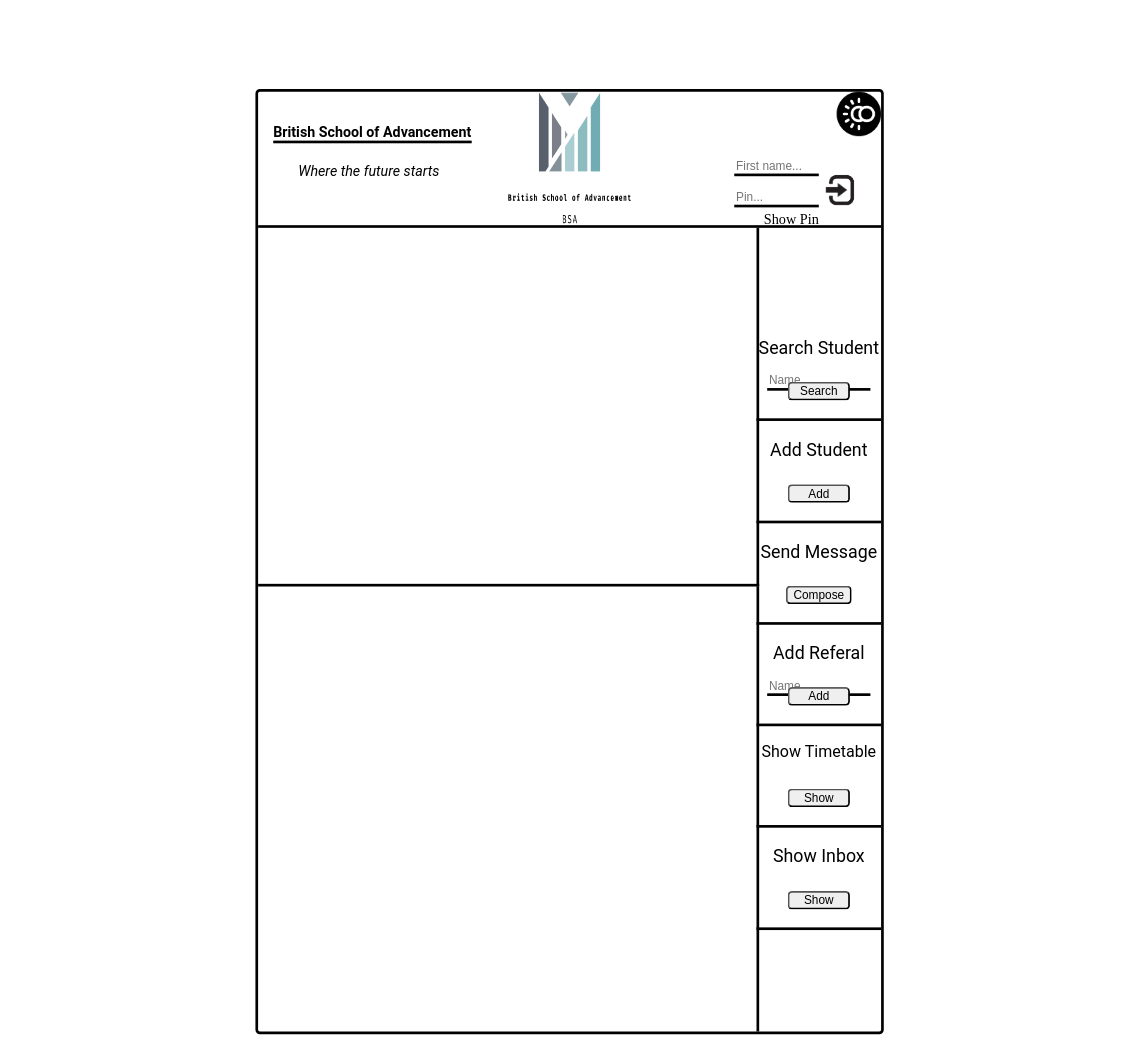
Repository: ghend99/Guardian-Application
Page: index.html
These files come from the project's save history. The page is drawn as it stood at one moment and after the next save; the edit follows.
The browser window is 1280 px wide. The pictures show the whole page, at 89% of full size.

Above is the page before, as saved 2023-06-06 16:57:36.

### index.html
<!DOCTYPE html>
<html lang="en">
  <head>
    <meta charset="UTF-8" />
    <meta http-equiv="X-UA-Compatible" content="IE=edge" />
    <meta name="viewport" content="width=device-width, initial-scale=1.0" />
    <title>Document</title>
    <link rel="stylesheet" href="style.css" />
  </head>
  <body>
    <div id="main-container">
      <div id="header-container">
        <div id="header-container-left-section">
          <p id="header-school-name" class="page-headers">
            British School of Advancement
          </p>
          <p id="header-school-slogan" class="page-headers">
            Where the future starts
          </p>
        </div>
        <div id="header-container-middle-section">
          <img class="header-middle-section-logo" src="./images/logo.png" />
        </div>
        <div id="header-container-right-section">
          <input
            id="header-login-input-fullname"
            class="login-input-fullname login-input input"
            type="text"
            placeholder="First name..."
          />
          <input
            id="header-login-input-pin"
            class="login-input-pin login-input input"
            placeholder="Pin..."
            type="password"
          />
          <p id="show-pin-header">Show Pin</p>
          <img
            id="header-login-button"
            class="login-button"
            src="./images/login-button.png"
          />
          <img class="header-dark-mode-toggle" src="./images/dark-mode.png" />
          <img class="login-modal-open" src="./images/login.png" />
        </div>
      </div>
      <div id="sidebar-container">
        <div id="sidebar-link-container1" class="sidebar-link-container">
          <p class="sidebar-link-header page-headers">Search Student</p>
          <input class="sidebar-input input" placeholder="Name..." />
          <button class="sidebar-search-button submit-button">Search</button>
        </div>
        <div id="sidebar-link-container2" class="sidebar-link-container">
          <p class="sidebar-link-header page-headers">Add Student</p>
          <button id="add-student" class="sidebar-search-button submit-button">
            Add
          </button>
        </div>
        <div id="sidebar-link-container3" class="sidebar-link-container">
          <p class="sidebar-link-header page-headers">Send Message</p>
          <button
            id="compose-message-open"
            class="sidebar-search-button submit-button"
          >
            Compose
          </button>
        </div>
        <div id="sidebar-link-container4" class="sidebar-link-container">
          <p class="sidebar-link-header page-headers">Add Referal</p>
          <input
            id="add-referal-fullname"
            class="sidebar-input input"
            placeholder="Name..."
          />
          <button id="add-referal" class="sidebar-search-button submit-button">
            Add
          </button>
        </div>
        <div id="sidebar-link-container5" class="sidebar-link-container">
          <p
            id="show-timetable-heading"
            class="sidebar-link-header page-headers"
          >
            Show Timetable
          </p>
          <button
            id="timetable-open"
            class="sidebar-search-button submit-button"
          >
            Show
          </button>
        </div>
        <div id="sidebar-link-container6" class="sidebar-link-container">
          <p class="sidebar-link-header page-headers">Show Inbox</p>
          <button id="inbox-open" class="sidebar-search-button submit-button">
            Show
          </button>
        </div>
        <div id="sidebar-link-container7" class="sidebar-link-container">
          <p class="sidebar-link-header page-headers">Update Timetable</p>
          <button
            id="update-timetable"
            class="sidebar-search-button submit-button"
          >
            Show
          </button>
        </div>
      </div>
      <img id="sidebar-open" src="./images/menu.png" />

      <div id="student-information-container">
        <h1
          id="student-information-name-header"
          class="student-information page-headers"
        >
          Student Name:
        </h1>
        <h3 class="student-information student-information-general-header">
          General Information
        </h3>
        <p id="student-information-first-name" class="student-information">
          First Name:
        </p>
        <p id="student-information-last-name" class="student-information">
          Last Name:
        </p>
        <p id="student-information-year" class="student-information">
          Year Group:
        </p>
        <p id="student-information-referals" class="student-information">
          Referals:
        </p>
        <p id="password-reset" class="student-information">Reset Password</p>
      </div>

      <div id="student-management-container">
        <p class="student-management-heading"></p>
        <img id="student-management-close" src="./images/close.png" />
        <div id="timetable-container"></div>
        <div id="inbox-container">
          <div id="inbox-header">
            <p>Date</p>
            <p>Sender</p>
            <p>Reciever</p>
            <p>Subject</p>
            <p>Message</p>
          </div>
          <div id="inbox-line">
            <p></p>
            <p></p>
            <p></p>
            <p></p>
            <p></p>
          </div>
        </div>
      </div>
    </div>

    <div id="login-modal-container">
      <h1 class="login-modal-header modal-header page-headers">Login</h1>
      <img
        id="login-modal-close"
        class="modal-close"
        src="./images/close.png"
      />
      <input
        id="login-modal-fullname"
        class="login-input-fullname login-modal-input input"
        type="text"
        placeholder="Full name..."
      />
      <input
        id="login-modal-pin"
        class="login-input-pin login-modal-input input"
        type="number"
        placeholder="Pin..."
      />
      <p id="login-modal-show-pin">Show Pin</p>
      <input id="login-modal-submit" class="submit-button" type="submit" />
    </div>

    <div id="create-account-container">
      <p id="create-account-header" class="modal-header page-headers">
        Add Student Details
      </p>
      <img
        id="create-account-close"
        class="modal-close"
        src="./images/close.png"
      />
      <input
        id="create-account-first-name"
        class="create-account-input input"
        placeholder="First name..."
      />
      <input
        id="create-account-last-name"
        class="create-account-input input"
        placeholder="Last name..."
      />
      <input
        id="create-account-year"
        class="create-account-input input"
        placeholder="Year..."
      />
      <input
        id="create-account-pin"
        class="create-account-input input"
        placeholder="Year..."
      />

      <input
        id="create-account-repin"
        class="create-account-input input"
        placeholder="Year..."
      />
      <input id="create-account-submit" class="submit-button" type="submit" />
    </div>

    <div id="compose-message-container" class="">
      <p id="compose-message-header" class="modal-header">Compose Message</p>
      <img
        id="compose-message-close"
        class="modal-close"
        src="./images/close.png"
      />
      <input
        id="compose-message-reciever"
        class="compose-message-input input"
        type="text"
        placeholder="Reciever..."
      />
      <input
        id="compose-message-title"
        class="compose-message-input input"
        type="text"
        placeholder="Subject..."
      />
      <textarea
        id="compose-message-text-area"
        placeholder="Message..."
      ></textarea>
      <input id="compose-message-submit" class="submit-button" type="submit" />
    </div>

    <div id="password-reset-container">
      <p id="password-reset-header" class="modal-header page-headers">
        Pin Reset
      </p>
      <img
        id="password-reset-close"
        class="modal-close"
        src="./images/close.png"
      />
      <input
        id="password-reset-old"
        class="password-reset-input input"
        type="number"
        placeholder="Old Pin..."
      />
      <input
        id="password-reset-new"
        class="password-reset-input input"
        type="number"
        placeholder="New Pin..."
      />
      <input
        id="password-reset-new-retype"
        class="password-reset-input input"
        type="number"
        placeholder="New Pin..."
      />
      <input id="password-reset-submit" class="submit-button" type="submit" />
    </div>
    <script src="functions.js"></script>
    <script src="elements.js"></script>
    <script src="buttons.js"></script>
    <script src="message.js"></script>
    <script src="timetable.js"></script>
  </body>
</html>

### style.css
button {
  cursor: pointer;
}

.input {
  background-color: transparent;
  text-decoration: none;
  border: none;
  border-bottom: solid;
  outline: none;
}

.page-headers {
  font-family: "Roboto", Arial;
}

.modal-header {
  font-size: 30px;
  font-weight: bold;
  margin-top: 10px;
}

.dark-mode {
  background-color: black;
  color: white;
  border: solid;
  border-radius: 5px;
}

.input-dark-mode {
  color: white;
  border-color: white;
}

.button-dark-mode {
  color: white;
  background-color: black;
}

#main-container {
  position: relative;
  left: 50%;
  transform: translate(-50%);
  max-width: 50%;
  min-width: 700px;
  max-height: 1200px;
  min-height: 1000px;
  margin-top: 100px;
  border: solid;
  border-radius: 5px;
}

#header-container {
  display: grid;
  grid-template-columns: 1fr 1fr 1fr;
  grid-template-rows: 1fr;
  max-height: 200px;
  min-height: 150px;
  width: 100%;
  border-bottom: solid;
}

#header-school-name {
  position: absolute;
  top: 20px;
  left: 17px;
  font-size: clamp(1rem, 1vw, 2rem);
  font-weight: bold;
  border-bottom: solid;
}

#header-school-slogan {
  position: absolute;
  top: clamp(5%, 70px, 80px);
  left: clamp(45px, 5%, 70px);
  font-size: clamp(0.9rem, 1.5vw, 1rem);
  margin-top: 10px;
  font-style: italic;
}

#header-container-middle-section {
  display: flex;
  justify-content: center;
}

.header-middle-section-logo {
  width: 60%;
}

#header-login-input-fullname {
  position: absolute;
  top: 75px;
  width: 13%;
  right: 10%;
}

#header-login-input-pin {
  position: absolute;
  top: 110px;
  width: 13%;
  right: 10%;
}

#show-pin-header {
  position: absolute;
  top: 135px;
  right: 10%;
  margin: 0;
}

#header-login-button {
  position: absolute;
  width: 50px;
  right: 3%;
  top: 85px;
}

.header-dark-mode-toggle {
  position: absolute;
  width: 50px;
  top: 0;
  right: 0;
  cursor: pointer;
}

.login-modal-open {
  display: none;
}

#sidebar-container {
  position: absolute;
  display: grid;
  grid-template-columns: 1fr;
  grid-template-rows: 1fr 1fr 1fr 1fr 1fr 1fr 1fr;
  right: 0;
  bottom: 0;
  max-width: 30%;
  min-width: 20%;
  max-height: 1000px;
  min-height: 800px;
}

#sidebar-link-container1 {
  justify-content: center;
}

/* #sidebar-link-container6 {
  border-bottom: none;
} */

#sidebar-link-container7 {
  display: none;
  border-bottom: none;
}

.sidebar-link-container {
  position: relative;
  display: flex;
  justify-content: center;
  border-bottom: solid;
}

.sidebar-link-header {
  position: absolute;
  font-size: 20px;
}

.sidebar-input {
  position: absolute;
  margin-top: 60px;
  width: 80%;
}

.sidebar-search-button {
  position: absolute;
  max-width: 75%;
  min-width: 70px;
  bottom: 20px;
  border-radius: 5px;
}

#sidebar-open {
  position: absolute;
  width: 50px;
  right: 0;
  top: 155px;
  display: none;
}

#student-information-container {
  max-height: 800px;
  min-height: 400px;
  max-width: 80%;
  min-width: 50%;
  border-bottom: solid;
  border-right: solid;
}

#student-information-name-header {
  font-size: 30px;
  font-weight: bold;
  border-bottom: solid;
  width: fit-content;
  margin-left: 30px;
  margin-top: 0;
}

.student-information {
  margin-left: 40px;
  display: none;
}

.student-information-general-header {
  font-size: 24px;
  font-weight: bold;
  padding-left: 40px;
}

#password-reset {
  border-bottom: solid;
  font-weight: bold;
  width: fit-content;
  cursor: pointer;
}

#student-management-container {
  max-width: 80%;
  min-width: 50%;
  max-height: 600px;
  min-height: 500px;
  border-right: solid;
}

.student-management-heading {
  display: inline-block;
  font-size: 30px;
  margin: 0;
  margin-left: 20px;
  width: fit-content;
}

#student-management-close {
  position: absolute;
  bottom: 45.7%;
  right: 21%;
  width: 30px;
  cursor: pointer;
  display: none;
}

#timetable-container {
  position: relative;
  display: grid;
  grid-gap: 1em;
  grid-template-rows: repeat(var(--grid-rows), 1fr);
  grid-template-columns: repeat(var(--grid-cols), 1fr);
  /* top: 50px; */
  overflow: scroll;
  max-height: 90%;
  min-height: 466px;
  /* max-width: 99.6%;
  min-width: 250px; */
  display: none;
}

:root {
  --grid-cols: 1;
  --grid-rows: 1;
}

.grid-item {
  padding: 1em;
  border: 1px solid #ddd;
  text-align: center;
}

#timetable-input {
  width: 100px;
}

#inbox-container {
  max-height: 90%;
  min-height: 466px;
  max-width: 99.6%;
  min-width: 250px;
  display: none;
}

#inbox-header {
  position: relative;
  display: grid;
  grid-template-columns: 1fr 1fr 1fr 1fr 1fr;
  grid-template-rows: 1fr;
  width: 100%;
  height: 50px;
  /* background-color: aqua; */
  overflow-y: auto;
  font-family: "Roboto", Arial;
}

#inbox-line {
  position: relative;
  display: grid;
  grid-template-columns: 1fr 1fr 1fr 1fr 1fr;
  grid-template-rows: 1fr;
  row-gap: 20px;
  width: 100%;
  height: 50px;
  /* background-color: darkorange; */
  overflow-y: auto;
  font-family: "EB Garamond", Arial;
}

#login-modal-container,
#create-account-container,
#compose-message-container,
#password-reset-container {
  position: absolute;
  left: 50%;
  top: 30%;
  transform: translate(-50%);
  text-align: center;
  border: solid;
  border-radius: 5px;
  display: none;
}

#login-modal-container {
  max-width: 40%;
  min-width: 300px;
  max-height: 400px;
  min-height: 300px;
  text-align: center;
  border: solid;
  border-radius: 5px;
  display: none;
  background-color: whitesmoke;
  cursor: pointer;
}

#login-modal-fullname {
  position: absolute;
  top: 120px;
  left: 50px;
}

#login-modal-pin {
  position: absolute;
  top: 170px;
  left: 50px;
}

#login-modal-show-pin {
  position: absolute;
  top: 200px;
  left: 50px;
  margin: 0;
  font-size: 14px;
  cursor: pointer;
}

#login-modal-submit {
  left: 15%;
}

#login-modal-submit,
#create-account-submit,
#compose-message-submit,
#password-reset-submit {
  position: absolute;
  bottom: 20px;
  max-height: 60px;
  min-height: 30px;
  max-width: 20%;
  min-width: 200px;
}

#create-account-container {
  max-width: 60%;
  min-width: 400px;
  max-height: 600px;
  min-height: 500px;
}

.create-account-input,
.compose-message-input,
.password-reset-input {
  position: absolute;
  left: 30px;
}

#create-account-first-name {
  top: 80px;
}

#create-account-last-name {
  top: 150px;
}

#create-account-year {
  top: 220px;
}

#create-account-pin {
  top: 290px;
}

#create-account-submit {
  left: 25%;
}

#create-account-repin {
  position: absolute;
  top: 360px;
  left: 30px;
}

#compose-message-container {
  max-width: 60%;
  min-width: 400px;
  max-height: 600px;
  min-height: 500px;
}

.modal-close {
  position: absolute;
  width: 30px;
  right: 0;
  top: 0;
  cursor: pointer;
}

#compose-message-reciever {
  top: 80px;
}

#compose-message-title {
  top: 130px;
}

#compose-message-text-area {
  position: absolute;
  top: 35%;
  left: 30px;
  max-height: 80%;
  min-height: 230px;
  max-width: 100%;
  min-width: 280px;
}

#compose-message-submit {
  left: 25%;
}

#password-reset-container {
  max-width: 40%;
  min-width: 300px;
  max-height: 400px;
  min-height: 300px;
}

#password-reset-new {
  top: 120px;
}

#password-reset-new-retype {
  top: 165px;
}

#password-reset-submit {
  left: 17%;
}

@media screen and (min-width: 0) and (max-width: 1600px) {
  #show-timetable-heading {
    font-size: 18px;
  }
}

@media screen and (min-width: 0) and (max-width: 720px) {
  #main-container {
    max-width: 600px;
    min-width: 300px;
  }

  #header-container {
    grid-template-columns: 1fr 1fr;
  }

  .header-middle-section-logo,
  #header-login-input-fullname,
  #header-login-input-pin,
  #show-pin-header,
  #header-login-button {
    display: none;
  }

  .login-modal-open {
    position: absolute;
    display: block;
    right: 0;
    top: 100px;
    width: 50px;
  }

  #sidebar-container {
    display: none;
  }

  .sidebar-link-header {
    font-size: 12px;
  }

  #sidebar-open {
    display: block;
  }

  .student-information-name-header {
    margin-left: 15px;
  }

  .student-information-general-header {
    margin-left: 25px;
    padding: 0;
  }

  .student-information {
    margin-left: 28px;
  }
}

### buttons.js
btnDarkModeToggle.addEventListener("click", function (e) {
  e.preventDefault();
  if (darkMode === false) {
    darkModeToggle();
  } else {
    lightModeToggle();
  }
});

btnAddStudentOpen.addEventListener("click", function (e) {
  e.preventDefault();
  addStudentContainer.style.display = "block";
  mainContainer.style.filter = "blur(3px)";
});

btnAddStudentClose.addEventListener("click", function (e) {
  e.preventDefault();
  addStudentContainer.style.display = "none";
  mainContainer.style.filter = "blur(0px)";
});

btndAddStudentSubmit.addEventListener("click", function (e) {
  e.preventDefault();
  createStudent();
  addStudentFirstNameInput.value = "";
  addStudentLastNameInput.value = "";
  addStudentYearInput.value = "";
  addStudentPinInput.value = "";
  addStudentRePinInput.value = "";
});

btnLoginHeader.addEventListener("click", function (e) {
  e.preventDefault();
  login();
  studentInformation.forEach((e) => {
    e.style.display = "block";
    inboxContainer.style.display = "none";
    inboxLine.innerHTML = "";
  });
  UpdateTimetableLinkContainer.style.display = "none";
});

btnLoginModalOpen.addEventListener("click", function (e) {
  e.preventDefault();
  loginContainer.style.display = "block";
  mainContainer.style.filter = "blur(3px)";
});

btnLoginModalClose.addEventListener("click", function (e) {
  e.preventDefault();
  loginContainer.style.display = "none";
  mainContainer.style.filter = "blur(0px)";
});

btnLoginModalSubmit.addEventListener("click", function (e) {
  e.preventDefault();
  loginModal();
  studentInformation.forEach((e) => {
    e.style.display = "block";
  });
  loginContainer.style.display = "none";
});

btnComposeMessageOpen.addEventListener("click", function (e) {
  e.preventDefault();
  if (currentAccount === undefined) {
    alert("You need to login first");
  } else {
    composeMessageContainer.style.display = "block";
    mainContainer.style.filter = "blur(3px)";
  }
});

btnComposeMessageClose.addEventListener("click", function (e) {
  composeMessageContainer.style.display = "none";
  mainContainer.style.filter = "blur(0px)";
});

btnComposeMessageSubmit.addEventListener("click", function (e) {
  e.preventDefault();
  sendMessage();
});

btnInboxOpen.addEventListener("click", function (e) {
  e.preventDefault();
  timetableContainer.style.display = "none";
  inboxContainer.style.display = "block";
  studentManagementHeading.textContent = "Inbox";
  btnStudentManagementClose.style.display = "block";
});

btnTimetableOpen.addEventListener("click", function (e) {
  e.preventDefault();
  inboxContainer.style.display = "none";
  timetableContainer.style.display = "grid";
  UpdateTimetableLinkContainer.style.display = "flex";
  studentManagementHeading.textContent = "Timetable";
  btnStudentManagementClose.style.display = "block";
});

btnStudentManagementClose.addEventListener("click", function (e) {
  timetableContainer.style.display = "none";
  inboxContainer.style.display = "none";
});

btnUpdateTimetableLink.addEventListener("click", function (e) {
  updateTimetableLink();
});

btnSidebarOpen.addEventListener("click", function (e) {
  e.preventDefault();
  sidebarContainer.style.display = "grid";
});

### message.js
const sendMessage = function () {
  const message = composeMessageText.value;
  const subject = composeMessageSubject.value;
  const reciever = composeMessageReciever.value;
  const target = students.find((stu) => stu.fullName === `${reciever}`);
  const date = new Date(Date.now()).toLocaleString();
  console.log(date);
  console.log(message, subject, reciever, target);
  if (target === undefined) {
    alert("Not a valid message reciercer");
  } else {
    target.inbox.push(message);
    target.from.push(currentAccount.fullName);
    target.subject.push(subject);
    target.date.push(date);
    // currentAccount.sent.push(message);
    // currentAccount.date.push(date);
    composeMessageReciever.value = "";
    composeMessageText.value = "";
    composeMessageSubject.value = "";
    localStorage.setItem("students", JSON.stringify(students));
    alert("Message Sent");
    // updateInbox(target, currentAccount, message, subject);
  }
};

// const updateInbox = function (target, currentAccount, message, subject) {
//   const html = ` <div id="inbox-line">
//   <p>${new Date(Date.now()).toLocaleString()}</p>
//   <p>${currentAccount.fullName}</p>
//   <p>${target.fullName}</p>
//   <p>${subject}</p>
//   <p>${message}</p>
// </div>
//   `;
//   inboxLine.insertAdjacentHTML("beforebegin", html);
// };

const updateInboxLoad = function (target) {
  getStudentsLocalStorage();
  for (let i = 0; i < currentAccount.inbox.length; i++) {
    const html = `<div id="inbox-line">
  <p>${currentAccount.date[i]}</p>
  <p>${currentAccount.from[i]}</p>
  <p>${currentAccount.fullName}</p>
  <p>${currentAccount.subject[i]}</p>
  <p>${currentAccount.inbox[i]}</p>
</div>
  `;
    inboxLine.insertAdjacentHTML("beforebegin", html);
  }
};
// updateInboxLoad();

Loaded but not shown: timetable.js (295 lines, source omitted); functions.js (221 lines, source omitted); elements.js (98 lines, source omitted)

After the next save:
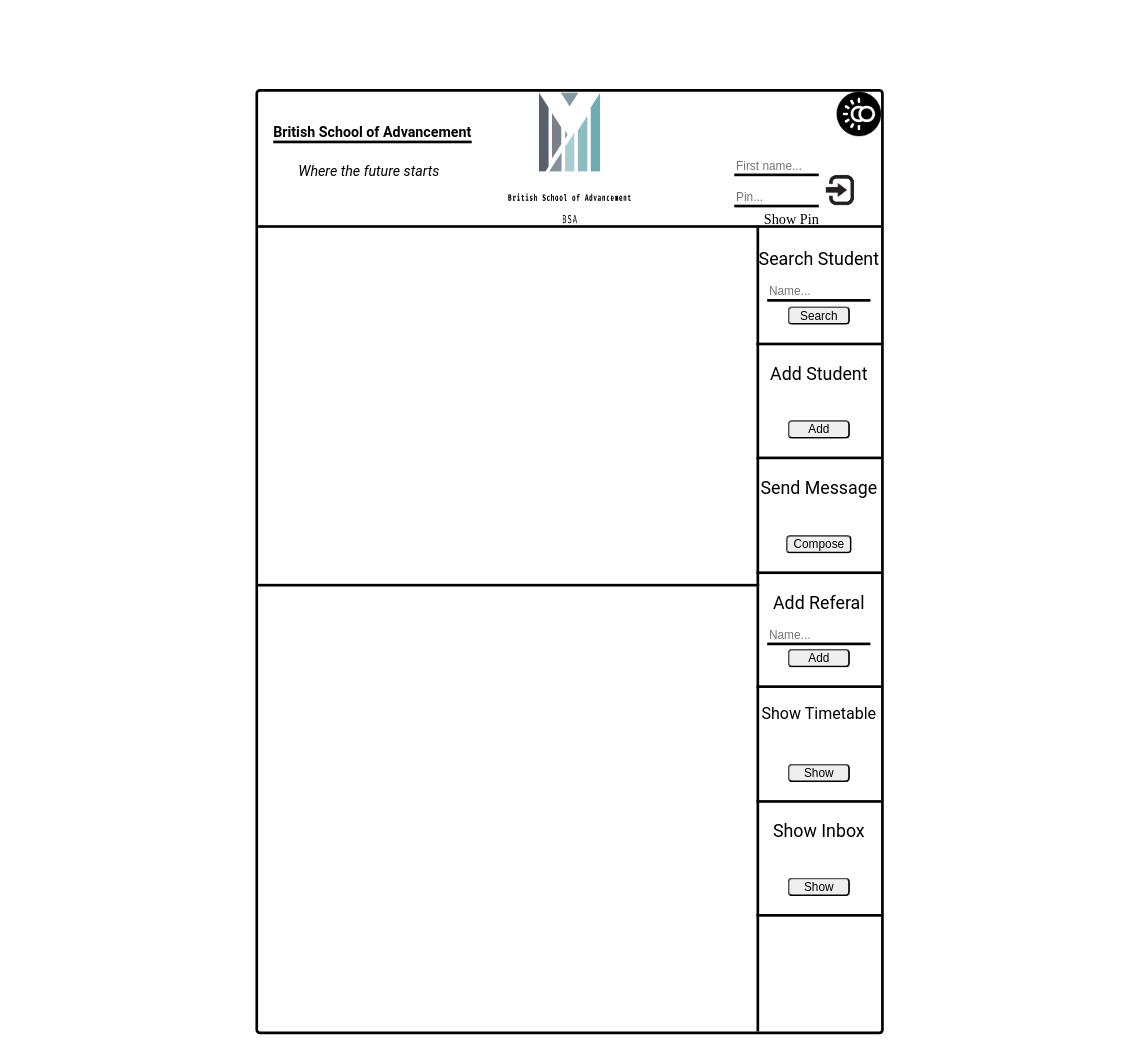
Saved 6 s later.
--- a/style.css
+++ b/style.css
@@ -137,7 +137,7 @@ button {
   max-width: 30%;
   min-width: 20%;
   max-height: 1000px;
-  min-height: 800px;
+  min-height: 900px;
 }
 
 #sidebar-link-container1 {
